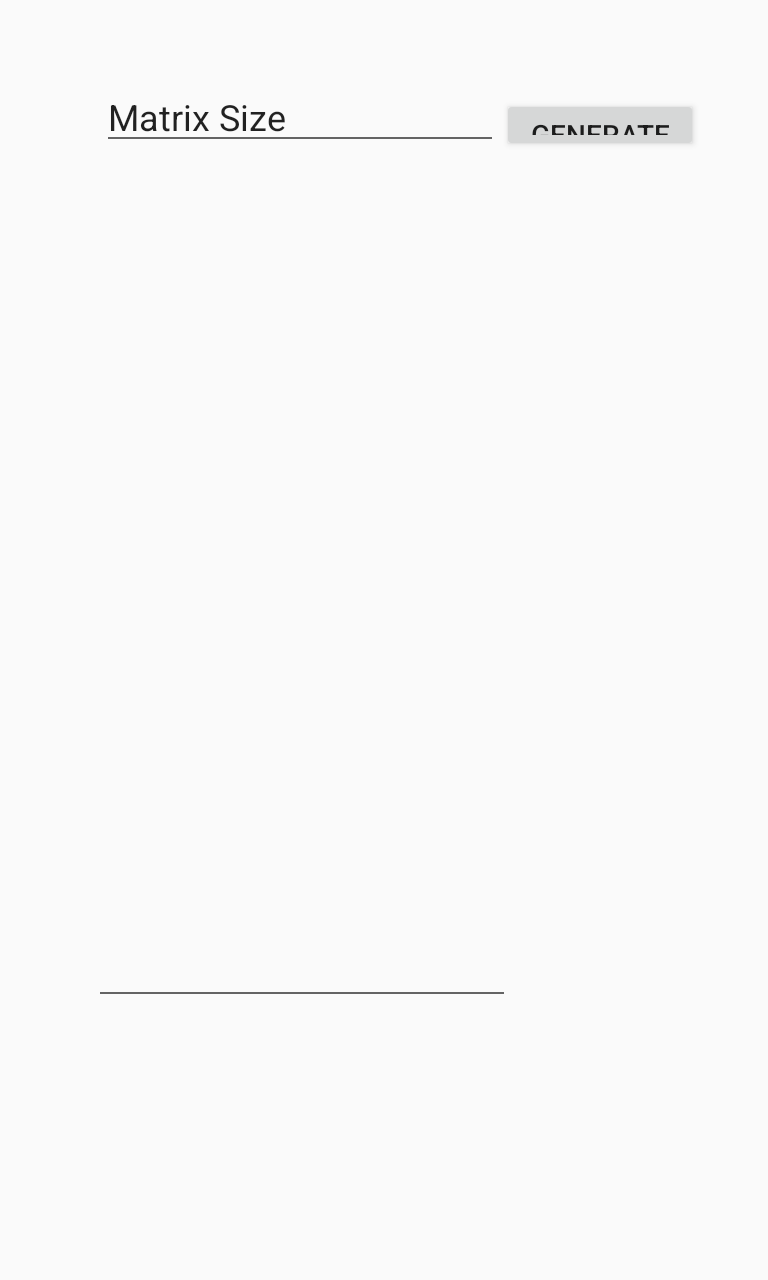
Repository: lhsieh814/ParallelProject
Layout: MatrixManipulation/res/layout/activity_main.xml
The author's editor kept a copy of each file at every save. The layout is drawn from the files as they stood at one save, then again after the next save.
It is drawn on a 768 x 1280 px phone screen (xhdpi) without system bars, with theme AppTheme; the app's code is not run.

Above is the layout before, as saved 2014-11-22 17:15:50.

After the next save:
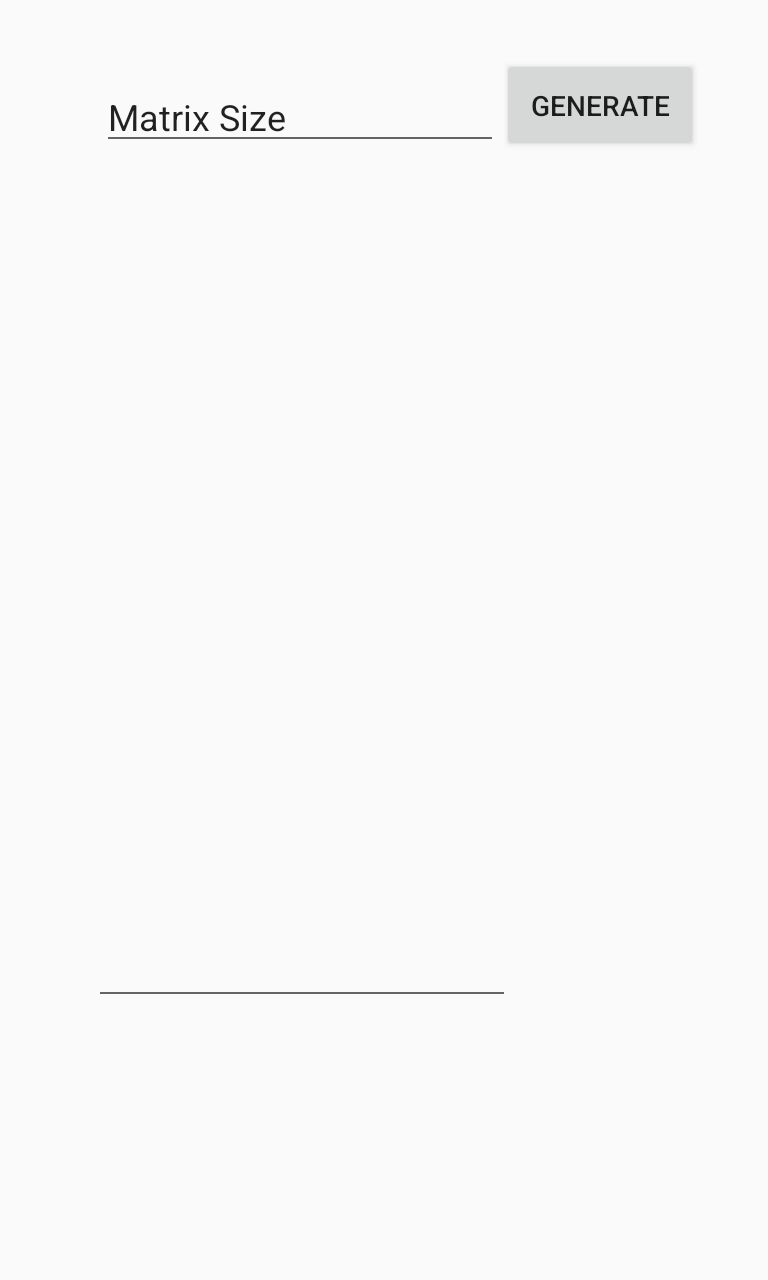
Saved 9 s later.
--- a/MatrixManipulation/res/layout/activity_main.xml
+++ b/MatrixManipulation/res/layout/activity_main.xml
@@ -33,7 +33,7 @@
     <Button
         android:id="@+id/button1"
         android:layout_width="100dp"
-        android:layout_height="30dp"
+        android:layout_height="50dp"
         android:layout_alignBottom="@+id/editText1"
         android:layout_alignParentRight="true"
         android:layout_marginRight="18dp"
